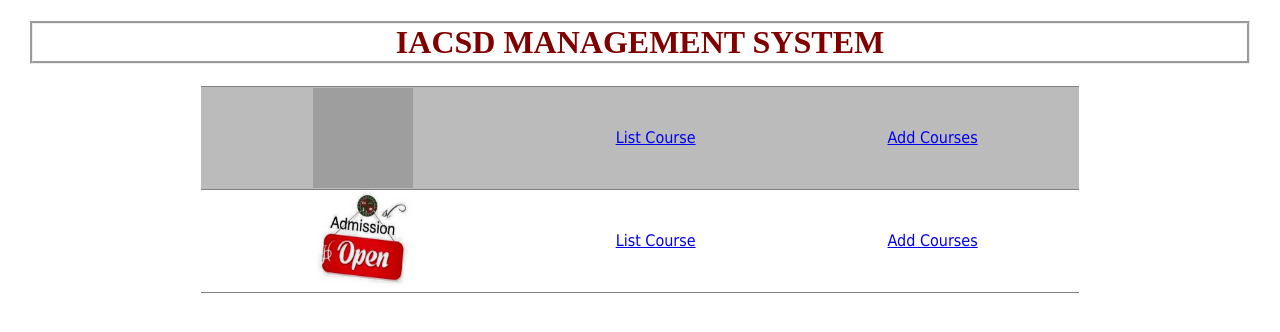
Repository: vsc8791/IMS
Page: http://localhost/web-customer-tracker/
These files come from the project's save history. The page is drawn as it stood at one moment and after the next save; the edit follows.
The browser window is 1280 px wide. The pictures show the whole page.
Pictures or frames that could not be fetched are drawn as grey boxes. The page is served by Tomcat 9. Other server files are loaded and not shown.

Above is the page before, as saved 2018-07-29 08:44:46.

### web-customer-tracker/WebContent/index.jsp
<%@ page language="java" contentType="text/html; charset=ISO-8859-1"
	pageEncoding="ISO-8859-1"%>
<!DOCTYPE html PUBLIC "-//W3C//DTD HTML 4.01 Transitional//EN" "http://www.w3.org/TR/html4/loose.dtd">
<html>
<head>
<meta http-equiv="Content-Type" content="text/html; charset=ISO-8859-1">

<!-- reference our style sheet -->

<link type="text/css" rel="stylesheet"
	href="${pageContext.request.contextPath}/resources/css/style.css" />
<title>Welcome-Page</title>
</head>
<body>

	<%-- <a href="http://localhost:8082/web-customer-tracker/customer/list">List Course</a><br>
<a href="http://localhost:8082/web-customer-tracker/customer/showFormForAdd">Add Courses</a><br>
<a href="http://localhost:8082/web-customer-tracker/student/list">GET LIST OF STUDENTS</a><br>
<a href="http://localhost:8082/web-customer-tracker/student/register">Register New Student</a><br>
<a href="http://localhost:8082/web-customer-tracker/faculty/list">GET LIST OF Faculty</a><br>
<a href="http://localhost:8082/web-customer-tracker/faculty/register">Register New Faculty</a><br>
<a href="http://localhost:8082/web-customer-tracker/schedule/list">GET LIST OF schedule</a><br>
<a href="http://localhost:8082/web-customer-tracker/schedule/showFormForAdd">Set Schedule</a><br>
<a href="http://localhost:8082/web-customer-tracker/result/list">Results</a><br>
<a href="http://localhost:8082/web-customer-tracker/result/showFormForAdd">add result</a><br>
<a href="http://localhost:8082/web-customer-tracker/batch/list">Batch Details</a><br>
<a href="http://localhost:8082/web-customer-tracker/batch/showFormForAdd">Add New Batch</a><br>

<img src="${pageContext.request.contextPath}/images/courses.jpg" /> --%>
	<h1 align="center"
		style="font-family: cursive; font-size: xx-large;; color: maroon; border: groove;">IACSD
		MANAGEMENT SYSTEM</h1>
	<%-- <img src="${pageContext.request.contextPath}/images/courses.jpg" /> --%>

	<table align="center">
		<tr>
			<td><img
				src="${pageContext.request.contextPath}/images/courses.jpg"
				height="100px" width="100px" /></td>
			<td><a
				href="http://localhost:8082/web-customer-tracker/customer/list">List
					Course</a><br></td>
			<td><a
				href="http://localhost:8082/web-customer-tracker/customer/showFormForAdd">Add
					Courses</a><br></td>
		</tr>
			<tr>
			<td><img
				src="${pageContext.request.contextPath}/images/batch.jpg"
				height="100px" width="100px" /></td>
			<td><a
				href="http://localhost:8082/web-customer-tracker/batch/list">List
					Course</a><br></td>
			<td><a
				href="http://localhost:8082/web-customer-tracker/batch/showFormForAdd">Add
					Courses</a><br></td>
		</tr>
	</table>


</body>
</html>

<%-- <% response.sendRedirect("customer/list"); %> --%>

### web-customer-tracker/WebContent/resources/css/style.css
html, body{
	margin-left:15px; margin-right:15px;
	padding:0px;
	font-family:Verdana, Arial, Helvetica, sans-serif;
}

table {
	border-collapse:collapse;
	border-bottom:1px solid gray;
	font-family: Tahoma,Verdana,Segoe,sans-serif;
	width:72%;
}

th {
	border-bottom:1px solid gray;
	background:none repeat scroll 0 0 #09c332;
	padding:10px;
	color: #FFFFFF;
}

tr {
	border-top:1px solid gray;
	text-align:center;
}

tr:nth-child(even) {background: #FFFFFF}
tr:nth-child(odd) {background: #BBBBBB}

#wrapper {width: 100%; margin-top: 0px; }
#header {width: 70%; background:#09c332; margin-top: 0px; padding:15px 0px 15px 15px;}
#header h2 {width: 100%; margin:auto; color: #FFFFFF;}
#container {width: 100%; margin:auto}
#container h3 {color: #000;}
#container #content {margin-top: 20px;}

.add-button {
	border: 1px solid #666;
	border-radius: 5px;
	padding: 4px;
	font-size: 12px;
	font-weight: bold;
	width: 120px;
	padding: 5px 10px;

	margin-bottom: 15px;
	background: #cccccc;
}

After the next save:
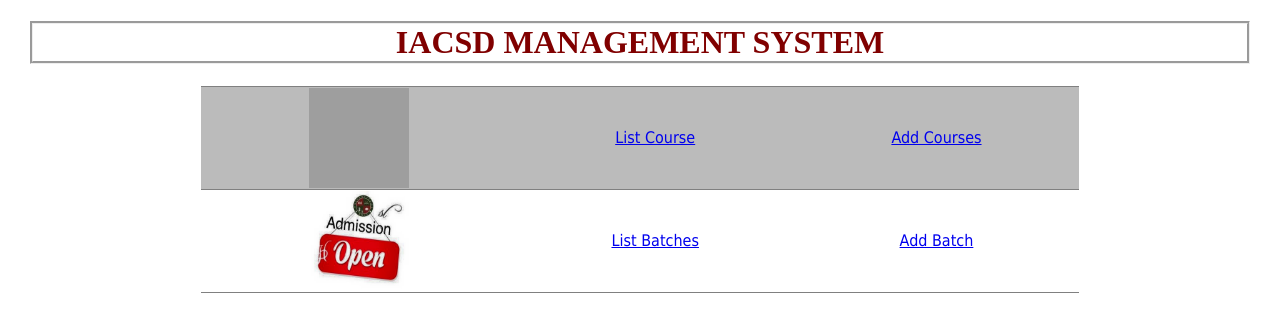
Saved 29 s later.
--- a/web-customer-tracker/WebContent/index.jsp
+++ b/web-customer-tracker/WebContent/index.jsp
@@ -50,10 +50,10 @@
 				height="100px" width="100px" /></td>
 			<td><a
 				href="http://localhost:8082/web-customer-tracker/batch/list">List
-					Course</a><br></td>
+					Batches</a><br></td>
 			<td><a
 				href="http://localhost:8082/web-customer-tracker/batch/showFormForAdd">Add
-					Courses</a><br></td>
+					Batch</a><br></td>
 		</tr>
 	</table>
 
